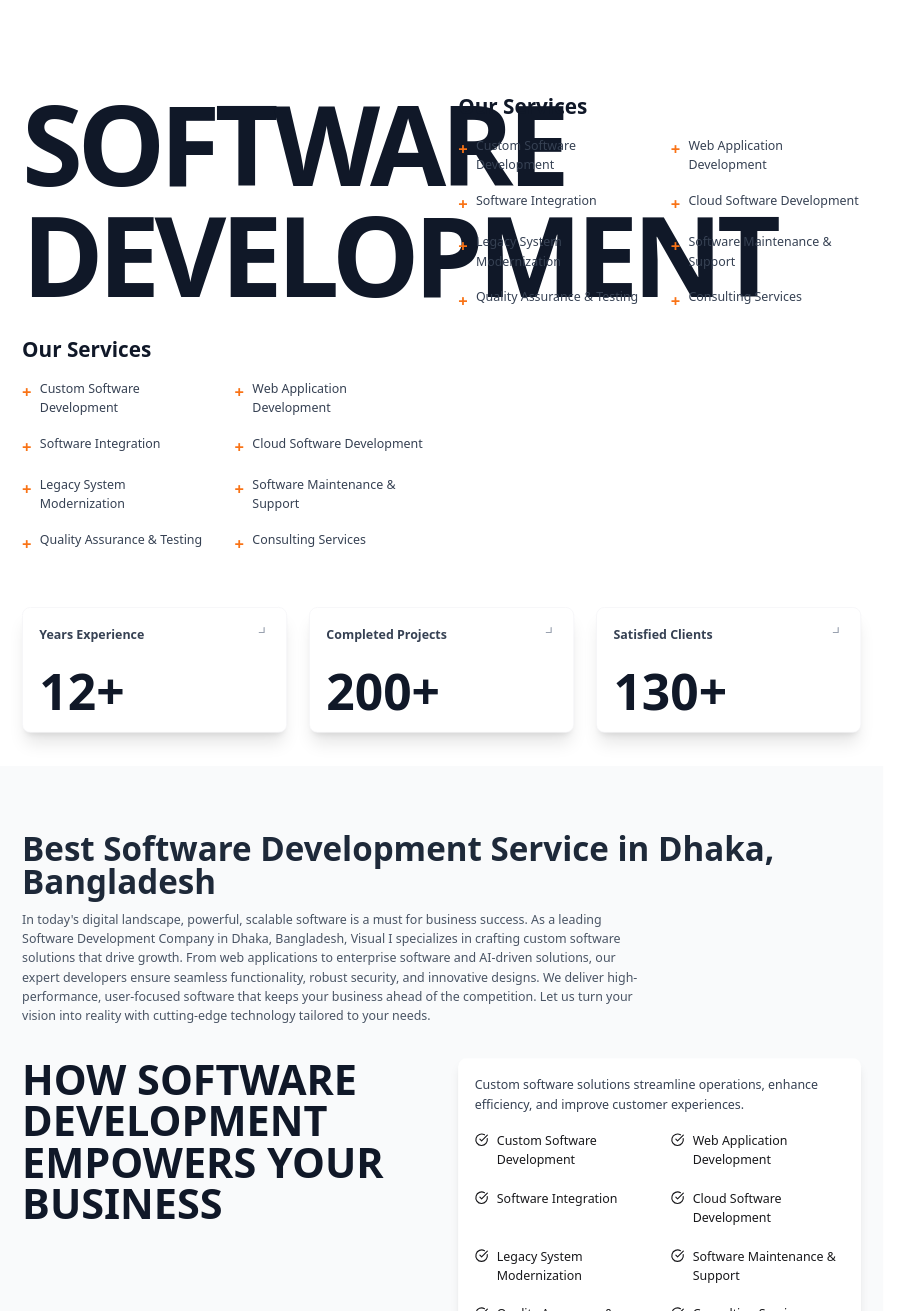
Repository: mdmuhibullahhabib/weboria
Page: /services
These files come from the project's save history. The page is drawn as it stood at one moment and after a run of saves; the edit follows.
The browser window is 1280 px wide. The page is 1313 px wide, so the pictures cover 1313 px, including what lies to the right of the window. The pictures show the part of the page from y = 581 to 2481 px (the page is 7799 px tall), at 69% of full size.
The project was rebuilt for these pictures with package versions that can differ from the ones it lists, and the page was loaded fresh each time. The framework's server and built-in components were replaced by stand-ins that run in the browser. Also part of the build but not shown: next.config.mjs.

Above is the page before, as saved 2025-10-05 15:14:36.

After the next 2 saves:
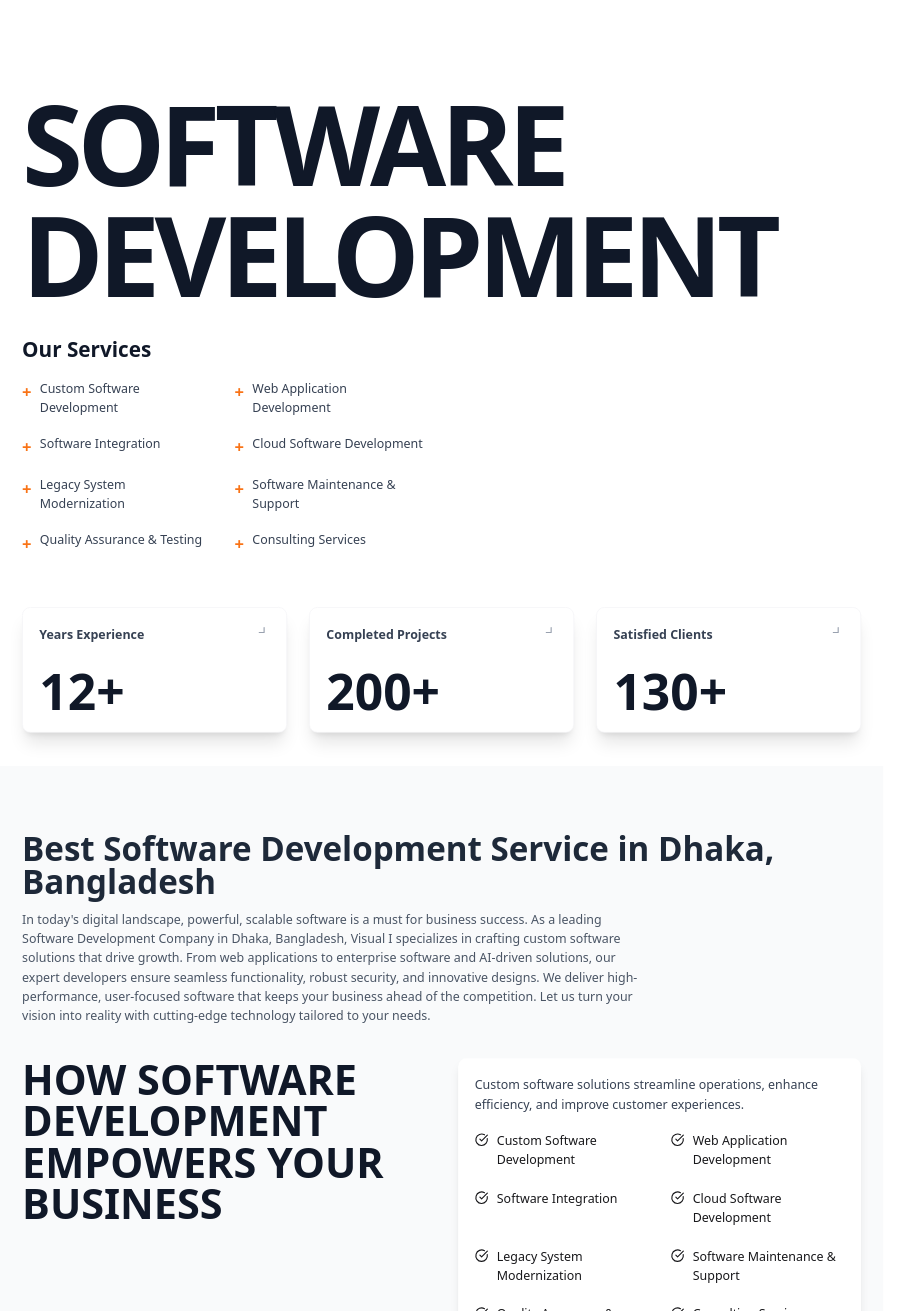
The 2 saves are shown as one change because they came seconds apart.
The last was saved 42 s later.
--- a/src/app/services/page.jsx
+++ b/src/app/services/page.jsx
@@ -113,18 +113,6 @@ const HeroSection = () => {
           </div>
           </div>
 
-          {/* Right Side: Service List */}
-          <div className="pt-2">
-            <h2 className="text-3xl font-bold text-gray-900 mb-6">
-              Our Services
-            </h2>
-            <div className="grid grid-cols-1 sm:grid-cols-2 gap-y-3 gap-x-8">
-              {services.map((service, index) => (
-                <ServiceListItem key={index} text={service} />
-              ))}
-            </div>
-          </div>
-
         </div>
       </div>
     </section>
